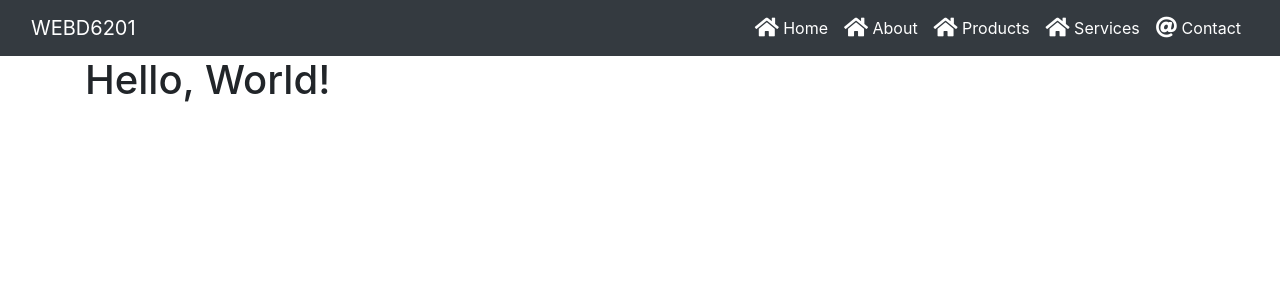
Repository: jaisydh07/WEBD6201-Week1
Page: index.html
The author's editor kept a copy of each file at every save. The page is drawn from the files as they stood at one save, then again after the next save.
The browser window is 1280 px wide. The pictures show the whole page.

Above is the page before, as saved 2021-01-28 22:34:54.

### index.html
<!DOCTYPE html>
<html lang="en">
<head>
    <meta charset="UTF-8">
    <meta name="viewport" content="width=device-width, initial-scale=1.0">
    <title>Hello, World!</title>
    <!-- CSS Section -->
    <link rel="stylesheet" href="./node_modules/bootstrap/dist/css/bootstrap.min.css">
    <link rel="stylesheet" href="./node_modules/@fortawesome/fontawesome-free/css/all.min.css">
    <link rel="stylesheet" href="./Content/app.css">
</head>
<body>

    <nav class="navbar navbar-expand-lg navbar-dark bg-dark">
        <div class="container-fluid">
          <a class="navbar-brand" href="#">WEBD6201</a>
          <button class="navbar-toggler" type="button" data-bs-toggle="collapse" data-bs-target="#navbarSupportedContent" aria-controls="navbarSupportedContent" aria-expanded="false" aria-label="Toggle navigation">
            <span class="navbar-toggler-icon"></span>
          </button>
          <div class="collapse navbar-collapse" id="navbarSupportedContent">
            <ul class="navbar-nav ml-auto mb-2 mb-lg-0">

              <li class="nav-item">
                <a class="nav-link active" aria-current="page" href="#">
                    <i class="fas fa-home fa-lg"></i> Home</a>
              </li>

              <li class="nav-item">
                <a class="nav-link active" aria-current="page" href="#">
                    <i class="fas fa-home fa-lg"></i> About</a>
              </li>

              <li class="nav-item">
                <a class="nav-link active" aria-current="page" href="#">
                    <i class="fas fa-home fa-lg"></i> Products</a>
              </li>

              <li class="nav-item">
                <a class="nav-link active" aria-current="page" href="#">
                    <i class="fas fa-home fa-lg"></i> Services</a>
              </li>

              <li class="nav-item">
                <a class="nav-link active" aria-current="page" href="#">
                    <i class="fas fa-at fa-lg"></i> Contact</a>
              </li>

            </ul>
          </div>
        </div>
      </nav>

    <div class="container">
        <h1>Hello, World!</h1>
    </div>

    <!-- JavaScript Section -->
    <script src="./node_modules/jquery/dist/jquery.min.js"></script>
    <script src="./node_modules/bootstrap/dist/js/bootstrap.bundle.min.js"></script>

    <script src="./Scripts/app.js"></script>
</body>
</html>

### Content/app.css
/* Custom CSS goes here */

### Scripts/app.js
/* Custom Scripts go here */

//IIFE - Immediately Invoked Function Expression
//AKA: Anonymous Self-Executing Function

(function()
{
    // initialization function
    function Start()
    {
        console.log("App Started...");

    }

    // event listener
    window.addEventListener("load",Start);

})();

Loaded but not shown: node_modules/bootstrap/dist/css/bootstrap.min.css (library); node_modules/@fortawesome/fontawesome-free/css/all.min.css (library); node_modules/jquery/dist/jquery.min.js (library); node_modules/bootstrap/dist/js/bootstrap.bundle.min.js (library)

After the next save:
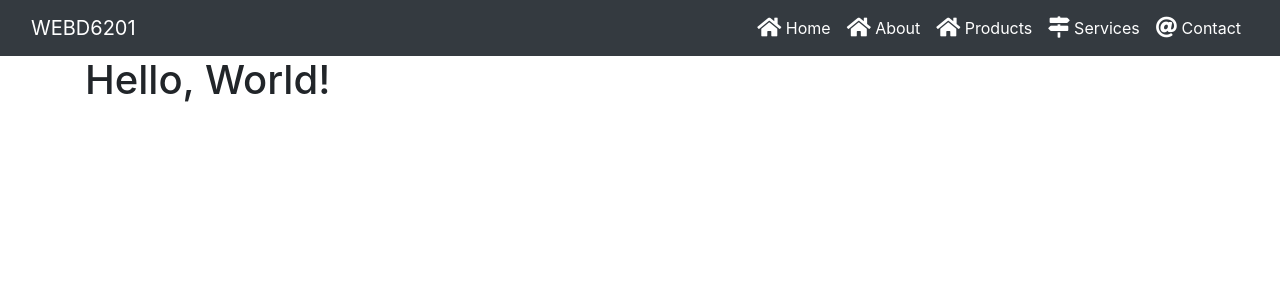
Saved 44 s later.
--- a/index.html
+++ b/index.html
@@ -37,7 +37,7 @@
 
               <li class="nav-item">
                 <a class="nav-link active" aria-current="page" href="#">
-                    <i class="fas fa-home fa-lg"></i> Services</a>
+                    <i class="fas fa-map-signs fa-lg"></i> Services</a>
               </li>
 
               <li class="nav-item">
